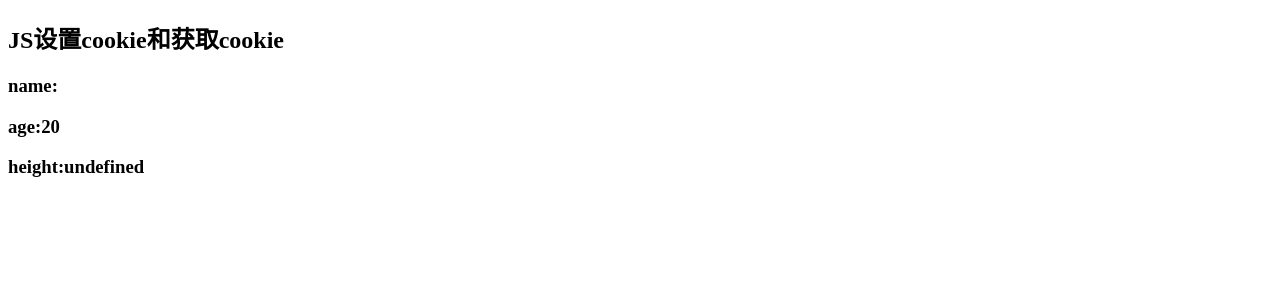
Repository: Gin1217/frontStudy
Page: html/js-cookie.html
An editor plug-in stored every save of this project. The page is shown before and after the next save, followed by the edit.
The browser window is 1280 px wide. The pictures show the whole page.

Above is the page before, as saved 2021-03-21 23:34:40.
Not found: html/js-basic-fx/get-page-height.js

After the next save:
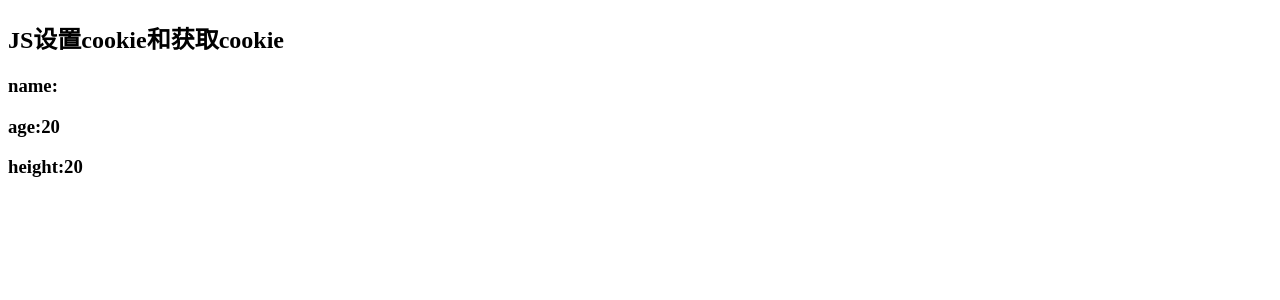
Saved 27 s later.
--- a/html/js-cookie.html
+++ b/html/js-cookie.html
@@ -24,15 +24,15 @@
             data: {
                 name: '',
                 age: 0,
-                height: 'height',
+                height: '',
             },
             created() {
                 setCookie('name', 'hello word', 20 * 1000)
                 setCookie('age',20)
-                setCookie('height',)
+
                 this.name = getCookie('name')
                 this.age = getCookie('age')
-                this.height = getCookie('height')
+                this.height = getCookie('')
                 console.log(getCookie(' name '))
                 console.log(getCookie('age'))
                 // console.log(getCookie('height'))
